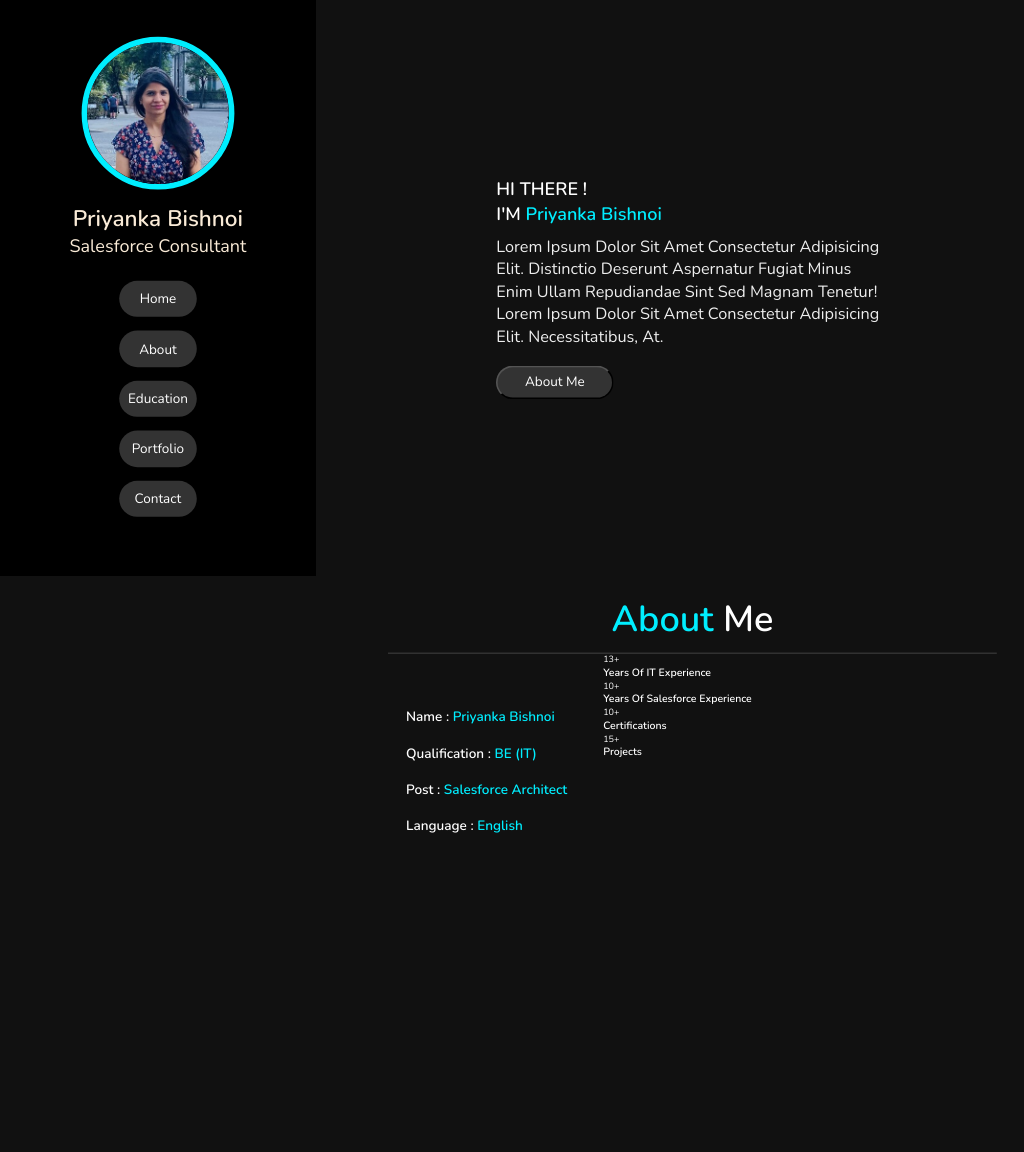
Repository: priyanka-bishnoi/PortfolioPage
Page: MyPage.html
These files come from the project's save history. The page is drawn as it stood at one moment and after the next save; the edit follows.
The browser window is 1280 px wide. The pictures show the whole page, at 80% of full size.

Above is the page before, as saved 2022-10-08 17:42:52.

### MyPage.html
<!DOCTYPE html>
<html>
<head>
    <link rel="stylesheet" href="css/style.css">

</head>
<body>
<header>
    <div class= "user">
        <img src="Background1.jpg"/>
        <h1 class="name" >Priyanka Bishnoi</h1>
        <p class="post" >Salesforce Consultant</p>
    </div>

    <nav class="navBar">
        <ul>
            <li> <a href="#home">Home</a></li>
            <li> <a href="#about">About</a></li>
            <li> <a href="#education">Education</a></li>
            <li> <a href="#portfolio">Portfolio</a></li>
            <li> <a href="#contact">Contact</a></li>

        </ul>


    </nav>


</header>

<!-- Home-->

<section class="home" id="home">

    <h3>HI THERE !</h3>
    <h1>I'M <span>Priyanka Bishnoi</span></h1>
    <p>Lorem ipsum dolor sit amet consectetur adipisicing elit. Distinctio deserunt aspernatur fugiat minus enim ullam repudiandae sint sed magnam tenetur! Lorem ipsum dolor sit amet consectetur adipisicing elit. Necessitatibus, at.
    </p>
    <a href="#about"><button class="btn">about me </button></a>


</section>

<section class="about" id="about">
<h1 class="heading"> <span>About </span>Me</h1>

<div class="row">
    <div class="info">
        <h3>  name : <span> priyanka bishnoi </span></h3>
        <h3> qualification :  <span> BE (IT) </span> </h3>
        <h3>  post : <span>Salesforce Architect </span>  </h3>
        <h3> language :<span> English  </span>  </h3>
    </div>

    <div class="counter">
        <div class="box">
            <span>13+</span>
            <h3>years of IT experience</h3>
        </div>

        <div class="box">
            <span>10+</span>
            <h3>years of Salesforce Experience</h3>
        </div>

        <div class="box">
            <span>10+</span>
            <h3>Certifications</h3>
        </div>

        <div class="box">
            <span>15+</span>
            <h3>Projects</h3>
        </div>
    </div>
</div>



</section>

</body>
</html>

### css/style.css
@import url('https://fonts.googleapis.com/css2?family=Nunito:wght@200;300;400;600&display=swap');
:root{
    --orange:rgb(0, 238, 255);
}
*{
    font-family: 'Nunito', sans-serif;
    margin:0;
    padding:0;
    box-sizing:border-box;
    text-decoration:none;
    text-transform:capitalize;
    transition:all .2s linear;
}
html {
    font-size:70.5%;
    overflow-x:hidden;
}
body{
    background:#111;
    overflow-x: hidden;
    padding-left: 40rem;
}

section{
    min-height: 100vh;
    padding:1rem;
}

.btn{
    padding:.7rem 3rem;
    background:#333;
    color:#fff;
    cursor: pointer;
    margin-top: 1rem;
    font-size: 1.5rem;
    border-radius: 5rem;
}

.btn:hover{
    background:var(--orange);
}

.heading{
    text-align: center;
    margin:0 2rem;
    font-size: 4rem;
    padding:1rem;
    border-bottom: .1rem solid #fff4;
    color:#fff;
}

.heading span{
    color:var(--orange);
}

header {
    position:fixed;
    top:0; left:0;
    z-index:1000;
    height:100%;
    width:35rem;
    background:black;
    display:flex;
    align-items: center;
    justify-content: center;
    flex-flow: column;
    text-align: center;
}

header .user img {
    height: 17rem;
    width: 17rem;
    border-radius: 50%;
    object-fit: cover;
    margin-bottom: 1rem;
    border: 0.7rem solid var(--orange);
}
header .user .name {
    font-size: 2.5rem;
    color: antiquewhite;
}
header .user .post{
    font-size: 2rem;
    color: antiquewhite;
}

header .navBar {
    font-size : 2rem;
}
header .navBar ul{
    list-style: none;
    padding:1rem 2rem;
}
header .navBar ul li a{
    display: block;
    padding:1rem;
    margin:1.5rem 0;
    background:#333;
    color:#fff;
    font-size: 1.5rem;
    border-radius: 5rem;
}

header .navBar ul li a:hover{
    background:rgb(0, 238, 255);
}


.home{
    display: flex;
    justify-content: center;
    flex-flow: column;
    padding:0 15rem;
}

.home h3{
    font-size: 2rem;
    color:#fff;
}

.home h1{
    font-size:2rem;
    color:#fff;
}

.home h1 span{
    color:var(--orange);
}

.home p{
    font-size:1.8rem;
    color:#eee;
    padding: 1rem 0;
}

.about {
 color:white;
}
.about .row{
    display:flex;
}
.about .row .info {

    display: block;
    justify-content: center;
    padding-left: 1rem;
    padding-top: 5rem;
    padding-right: 1rem;
    margin: 0 1rem;
    font-size: 1.5rem;

}
.about h3 span{
    color:var(--orange);
}
.about .row .info h3 {

    display: block;
    justify-content: center;
    padding: 1rem;
    margin: 0 1rem;
    font-size: 1.5rem;

}

After the next save:
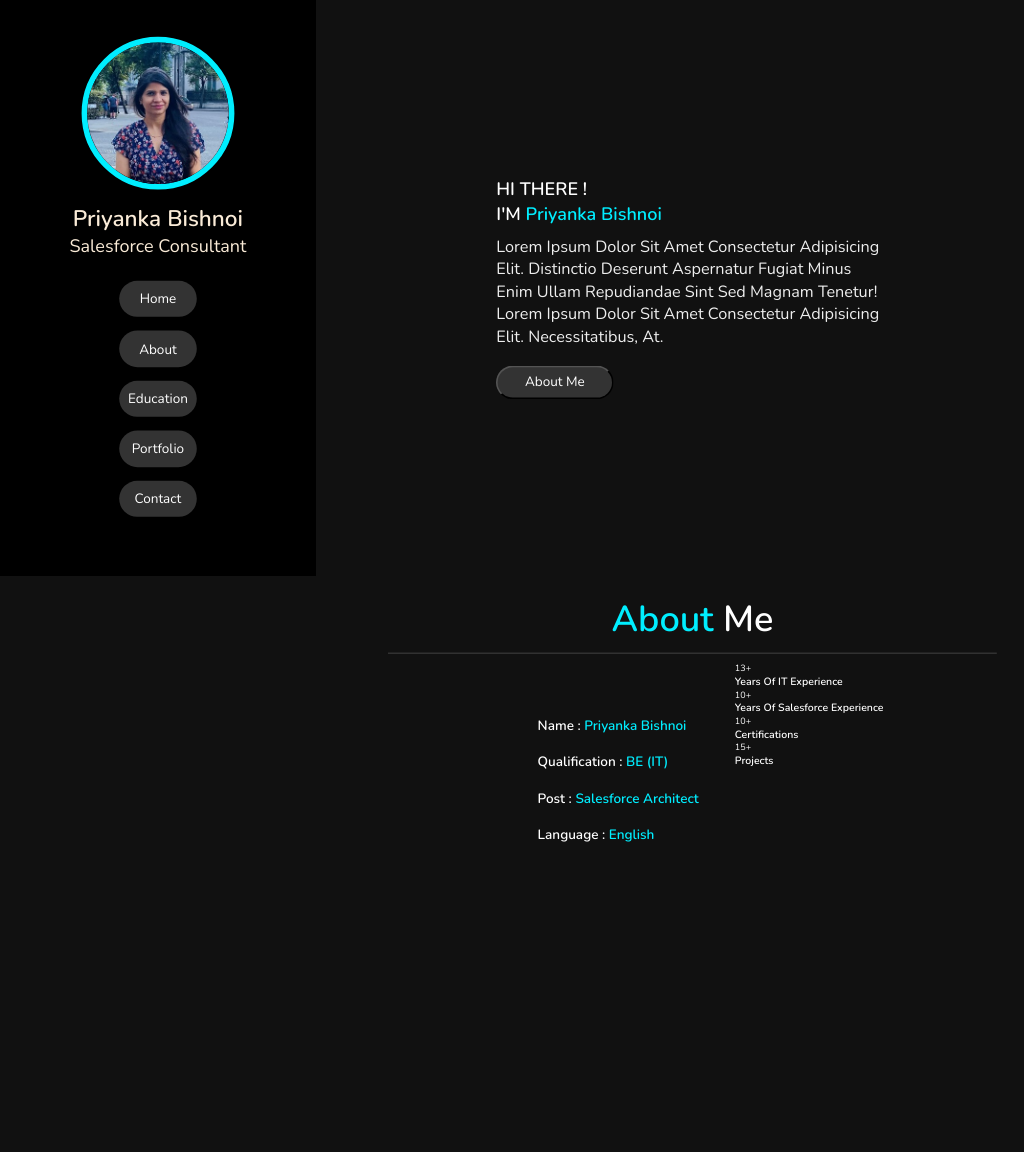
Saved 106 s later.
--- a/css/style.css
+++ b/css/style.css
@@ -137,7 +137,11 @@ header .navBar ul li a:hover{
  color:white;
 }
 .about .row{
-    display:flex;
+    display: flex;
+    align-content: center;
+    justify-content: center;
+    flex-wrap: wrap;
+    padding: 1rem 0;
 }
 .about .row .info {
 
